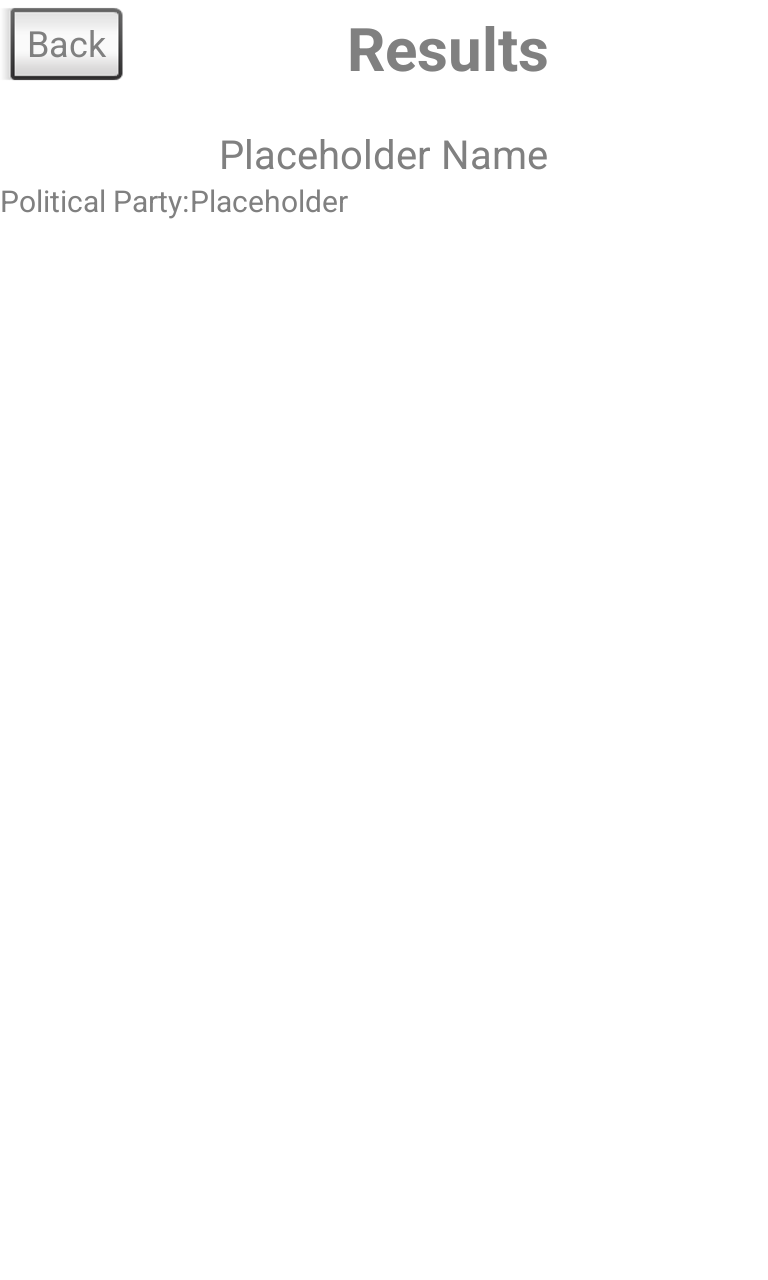
Repository: scottcaruso/Java_I_1307_Week4
Layout: myGov/res/layout/politician_display.xml
These files come from the project's save history. The layout is drawn as it stood at one moment and after the next save; the edit follows.
It is drawn on a 768 x 1280 px phone screen (xhdpi) without system bars, with theme AppTheme; the app's code is not run.

Above is the layout before, as saved 2013-08-01 21:03:22.

### myGov/res/layout/politician_display.xml
<?xml version="1.0" encoding="utf-8"?>
<LinearLayout xmlns:android="http://schemas.android.com/apk/res/android"
    android:layout_width="match_parent"
    android:layout_height="match_parent"
    android:orientation="vertical" >


    <LinearLayout
        android:layout_width="match_parent"
        android:layout_height="wrap_content"
        android:orientation="horizontal">
	    <Button
	        android:id="@+id/back"
	        style="@android:style/Widget.Holo.Button.Inset"
	        android:layout_width="wrap_content"
	        android:layout_height="wrap_content"
	        android:hint="@string/back" />

	    <TextView
	        android:id="@+id/foundpoliticians"
	        android:layout_width="match_parent"
	        android:layout_height="wrap_content"
	        android:layout_gravity="center"
	        android:gravity="center"
	        android:hint="@string/results"
	        android:textStyle="bold"
	        android:textSize="30sp" />

    </LinearLayout>

        <TextView
            android:id="@+id/politicianName"
            android:layout_width="wrap_content"
            android:layout_height="wrap_content"
            android:layout_gravity="center_horizontal"
            android:layout_marginTop="15dp"
            android:gravity="center"
            android:hint="@string/politician_name"
            android:textSize="20sp" />

     <LinearLayout
        android:layout_width="match_parent"
        android:layout_height="wrap_content"
        android:orientation="horizontal">

        <TextView
	            android:id="@+id/partylabel"
	            android:layout_width="wrap_content"
	            android:layout_height="wrap_content"
	            android:hint="@string/political_party_"
	            android:textSize="15sp" />

        <TextView
            android:id="@+id/partytext"
            android:layout_width="wrap_content"
            android:layout_height="wrap_content"
            android:hint="@string/placeholder"
            android:textSize="15sp" />

         </LinearLayout>

final TextView polLabel = UIElementCreator.createLabel(currentMainContext, "Politician Name: ");
				final TextView polPartyLabel = UIElementCreator.createLabel(currentMainContext, "Party Affiliaition: ");
				final TextView polStateLabel = UIElementCreator.createLabel(currentMainContext, "From State: ");
				final TextView polTermLabel = UIElementCreator.createLabel(currentMainContext, "Term Started: ");
				final TextView polTwitterLabel = UIElementCreator.createLabel(currentMainContext, "Twitter Handle: ");
				final TextView polWebsiteLabel = UIElementCreator.createLabel(currentMainContext, "Website Address: ");

				final TextView polName = UIElementCreator.createLabel(currentMainContext,thisPol.getString("Name"));
				final TextView polParty = UIElementCreator.createLabel(currentMainContext, thisPol.getString("Party"));
				final TextView polState = UIElementCreator.createLabel(currentMainContext, thisPol.getString("State"));
				final TextView polTerm = UIElementCreator.createLabel(currentMainContext, thisPol.getString("Term Start"));
				final TextView polTwitter = UIElementCreator.createLabel(currentMainContext, thisPol.getString("Twitter"));
				final TextView polWebsite = UIElementCreator.createLabel(currentMainContext, thisPol.getString("Website"));

</LinearLayout>

### myGov/res/values/strings.xml
<?xml version="1.0" encoding="utf-8"?>
<resources>

    <string name="app_name">myGov</string>
    <string name="action_settings">Settings</string>
    <string name="hello_world">Hello world!</string>
    <string name="enter_zip">Enter Zip</string>
    <string name="search_now">Search Now</string>
    <string name="view_saved_politicians">View Saved Politicians</string>
    <string name="back">Back</string>
    <string name="results">Results</string>
    <string name="politician_name">Placeholder Name</string>
    <string name="political_party_">Political Party:</string>
    <string name="placeholder">Placeholder</string>

</resources>

Loaded but not shown: myGov/res/values/styles.xml (common file); myGov/res/values-v11/styles.xml (common file); myGov/res/values-v14/styles.xml (common file)

After the next save:
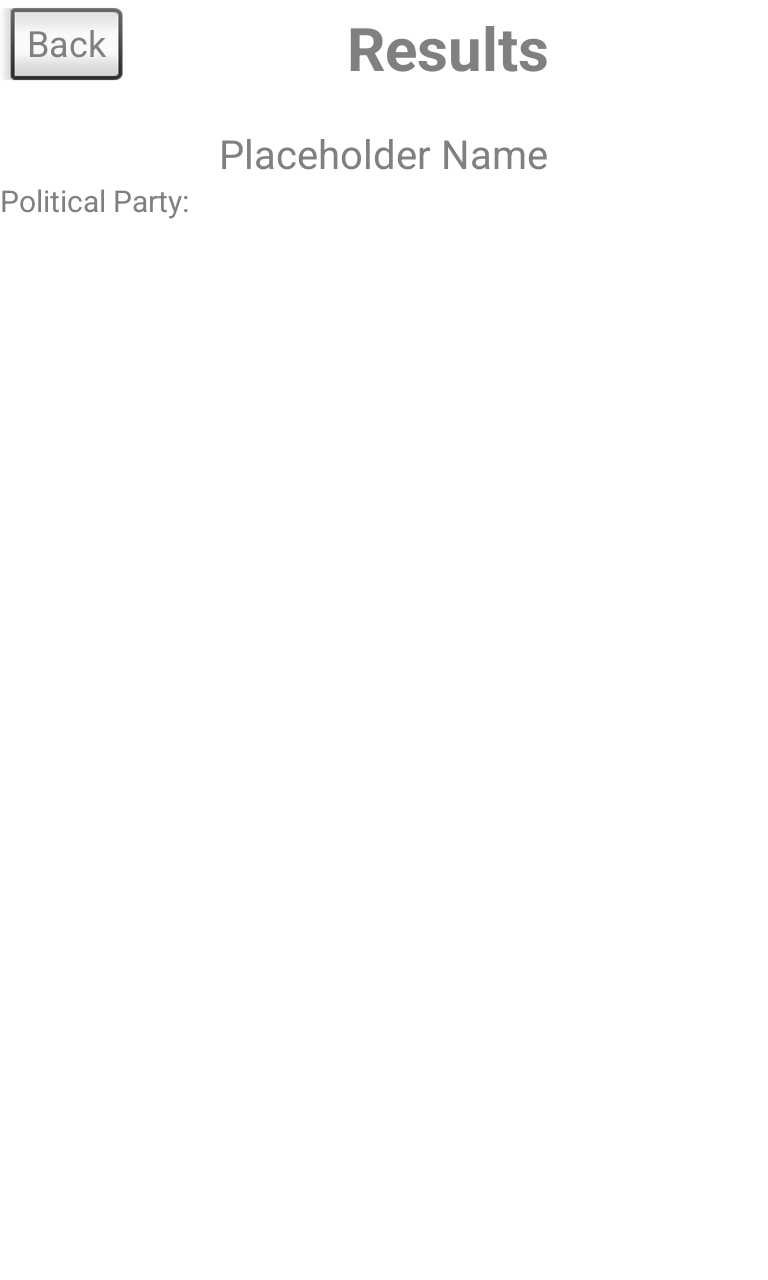
Saved 92 s later.
--- a/myGov/res/layout/politician_display.xml
+++ b/myGov/res/layout/politician_display.xml
@@ -39,13 +39,14 @@
             android:textSize="20sp" />
 
      <LinearLayout
-        android:layout_width="match_parent"
-        android:layout_height="wrap_content"
-        android:orientation="horizontal">
+         android:layout_width="match_parent"
+         android:layout_height="wrap_content"
+         android:baselineAligned="_baseline"
+         android:orientation="horizontal" >
 
         <TextView
 	            android:id="@+id/partylabel"
-	            android:layout_width="wrap_content"
+	            android:layout_width="match_parent"
 	            android:layout_height="wrap_content"
 	            android:hint="@string/political_party_"
 	            android:textSize="15sp" />
@@ -54,6 +55,7 @@
             android:id="@+id/partytext"
             android:layout_width="wrap_content"
             android:layout_height="wrap_content"
+            android:layout_gravity="right"
             android:hint="@string/placeholder"
             android:textSize="15sp" />
 

After the 2 saves that followed:
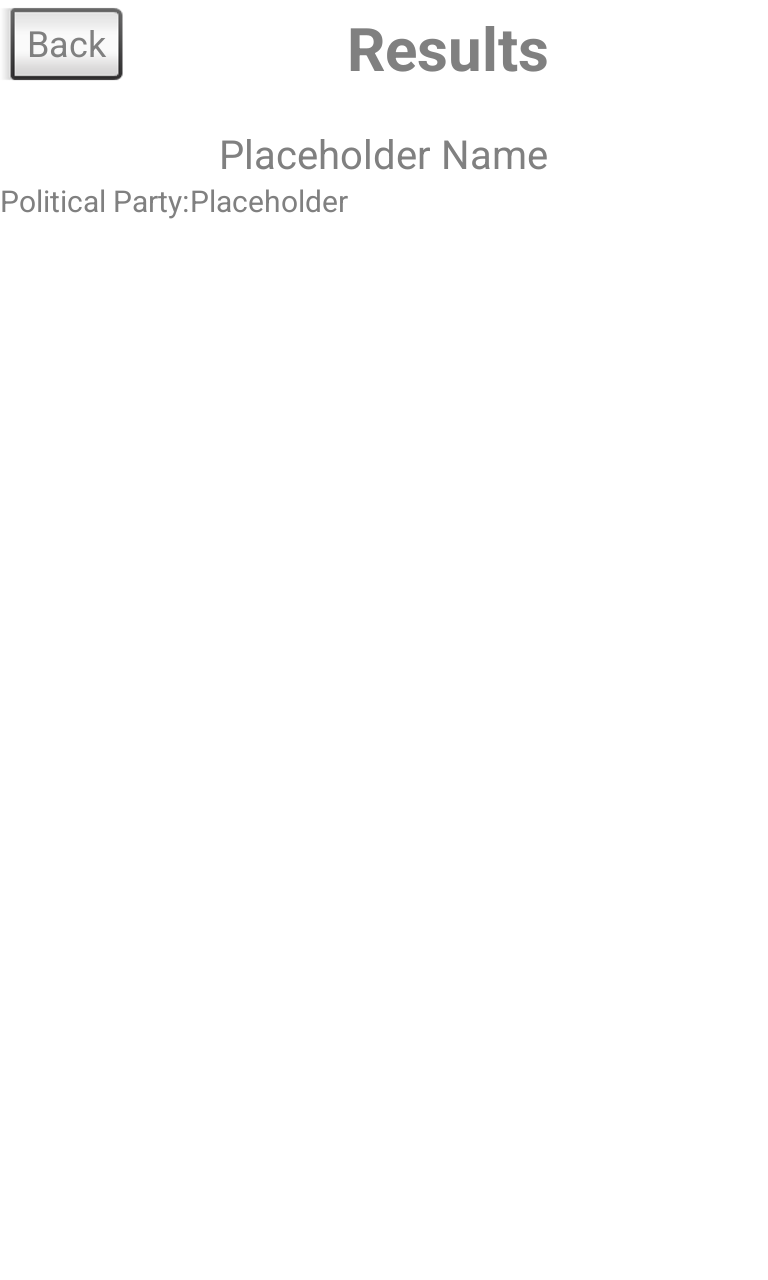
The 2 saves are shown as one change because 1 left the picture as it was.
The last was saved 27 s later.
--- a/myGov/res/layout/politician_display.xml
+++ b/myGov/res/layout/politician_display.xml
@@ -45,15 +45,15 @@
          android:orientation="horizontal" >
 
         <TextView
-	            android:id="@+id/partylabel"
-	            android:layout_width="match_parent"
-	            android:layout_height="wrap_content"
-	            android:hint="@string/political_party_"
-	            android:textSize="15sp" />
+            android:id="@+id/partylabel"
+            android:layout_width="wrap_content"
+            android:layout_height="wrap_content"
+            android:hint="@string/political_party_"
+            android:textSize="15sp" />
 
         <TextView
             android:id="@+id/partytext"
-            android:layout_width="wrap_content"
+            android:layout_width="match_parent"
             android:layout_height="wrap_content"
             android:layout_gravity="right"
             android:hint="@string/placeholder"
